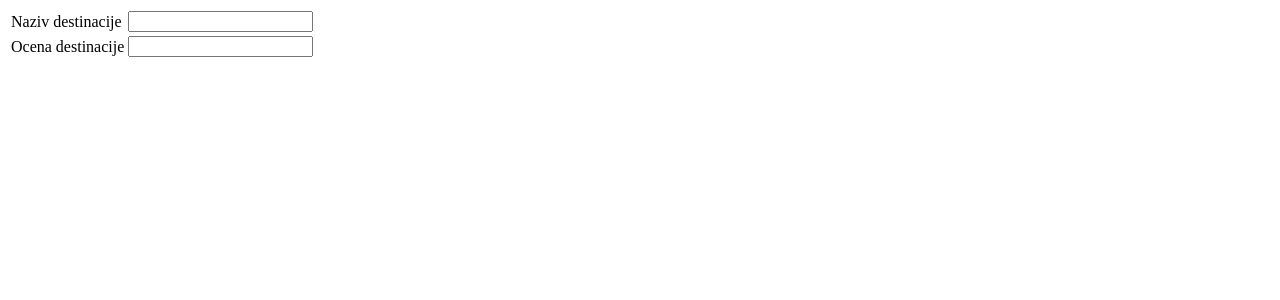
Repository: Shaft01/IS2Agency
Page: http://localhost/AgencijaWeb/unosDestinacije.jsp
These files come from the project's save history. The page is drawn as it stood at one moment and after the next save; the edit follows.
The browser window is 1280 px wide. The pictures show the whole page.
The page is served by Tomcat 9.

Above is the page before, as saved 2019-06-17 10:01:26.

After the next save:
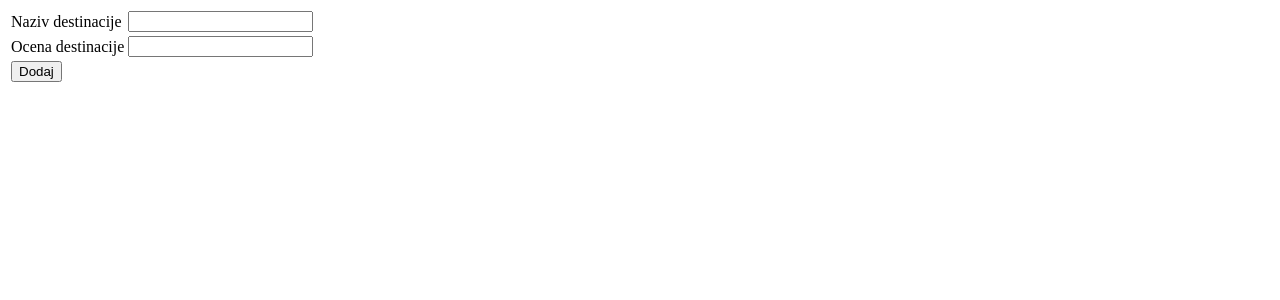
Saved 60 s later.
--- a/IS2Projekat/AgencijaWeb/src/main/webapp/unosDestinacije.jsp
+++ b/IS2Projekat/AgencijaWeb/src/main/webapp/unosDestinacije.jsp
@@ -16,6 +16,10 @@
 			<tr>
 				<td>Ocena destinacije</td>
 				<td><input type="text" name="ocena"></td>
+			</tr>
+			<tr>
+			<td><input type="submit" value="Dodaj"></td>
+			</tr>
 		</table>
 	</Form>
 </body>
